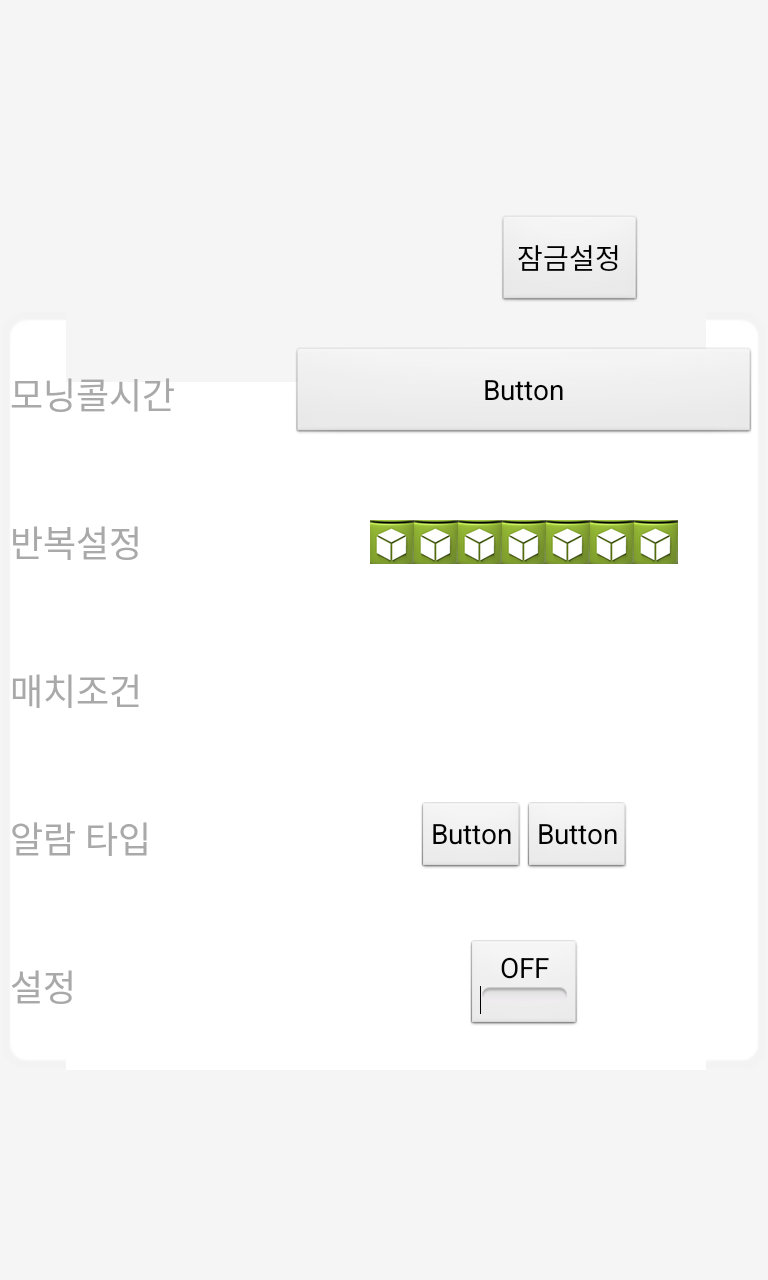
Repository: blacky512/smart_morning_call
Layout: client/SmartMorningCall/res/layout/randomcall_frag.xml
An editor plug-in stored every save of this project. The layout is shown before and after the next save, followed by the edit.
It is drawn on a 768 x 1280 px phone screen (xhdpi) without system bars, with theme android:Theme.NoTitleBar; the app's code is not run.

Above is the layout before, as saved 2013-02-19 11:27:08.

### client/SmartMorningCall/res/layout/randomcall_frag.xml
<RelativeLayout xmlns:android="http://schemas.android.com/apk/res/android"
    xmlns:tools="http://schemas.android.com/tools"
    android:layout_width="match_parent"
    android:layout_height="match_parent"
    android:background="#f5f5f5"
    tools:context=".RandomCallActivity" >

    <LinearLayout
        android:layout_width="wrap_content"
        android:layout_height="wrap_content"
        android:layout_alignParentLeft="true"
        android:layout_alignParentRight="true"
        android:layout_centerVertical="true"
        android:layout_marginTop="26dp"
        android:orientation="vertical" >

        <RelativeLayout
            android:id="@+id/RelativeLayout1"
            android:layout_width="260dp"
            android:layout_height="50dp"
            android:layout_gravity="center_horizontal" >

            <Button
                android:id="@+id/button1"
                android:layout_width="wrap_content"
                android:layout_height="wrap_content"
                android:layout_alignParentBottom="true"
                android:layout_alignParentRight="true"
                android:text="잠금설정" />

        </RelativeLayout>

        <FrameLayout
            android:id="@+id/rcall_1"
            android:layout_width="match_parent"
            android:layout_height="380dp"
            android:layout_gravity="center_horizontal"
            android:background="@drawable/te"
            android:padding="5dp" >

            <LinearLayout
                android:layout_width="match_parent"
                android:layout_height="match_parent"
                android:orientation="vertical" >

                <LinearLayout
                    android:layout_width="match_parent"
                    android:layout_height="0dp"
                    android:layout_weight="1" >

                    <TextView
                        android:id="@+id/textView1"
                        android:layout_width="0dp"
                        android:layout_height="wrap_content"
                        android:layout_gravity="center_vertical"
                        android:layout_weight="0.6"
                        android:text="모닝콜시간"
                        android:textAppearance="?android:attr/textAppearanceMedium"
                        android:textColor="#a9a9a9" />

                    <RelativeLayout
                        android:layout_width="0dp"
                        android:layout_height="wrap_content"
                        android:layout_gravity="center_vertical"
                        android:layout_weight="1" >

                        <Button
                            android:id="@+id/btn_settime"
                            android:layout_width="match_parent"
                            android:layout_height="wrap_content"
                            android:layout_centerHorizontal="true"
                            android:layout_weight="1"
                            android:text="Button" />
                    </RelativeLayout>
                </LinearLayout>

                <LinearLayout
                    android:layout_width="match_parent"
                    android:layout_height="0dp"
                    android:layout_weight="1" >

                    <TextView
                        android:id="@+id/textView2"
                        android:layout_width="0dp"
                        android:layout_height="wrap_content"
                        android:layout_gravity="center_vertical"
                        android:layout_weight="0.6"
                        android:text="반복설정"
                        android:textAppearance="?android:attr/textAppearanceMedium"
                        android:textColor="#a9a9a9" />

                    <RelativeLayout
                        android:id="@+id/RelativeLayout1"
                        android:layout_width="0dp"
                        android:layout_height="match_parent"
                        android:layout_gravity="center_vertical"
                        android:layout_weight="1" >

                        <LinearLayout
                            android:layout_width="wrap_content"
                            android:layout_height="wrap_content"
                            android:layout_centerInParent="true" >

                            <ImageButton
                                android:id="@+id/btn_mon"
                                android:layout_width="22dp"
                                android:layout_height="22dp"
                                android:src="@drawable/ic_launcher" />

                            <ImageButton
                                android:id="@+id/btn_tue"
                                android:layout_width="22dp"
                                android:layout_height="22dp"
                                android:src="@drawable/ic_launcher" />

                            <ImageButton
                                android:id="@+id/btn_wed"
                                android:layout_width="22dp"
                                android:layout_height="22dp"
                                android:src="@drawable/ic_launcher" />

                            <ImageButton
                                android:id="@+id/btn_thu"
                                android:layout_width="22dp"
                                android:layout_height="22dp"
                                android:src="@drawable/ic_launcher" />

                            <ImageButton
                                android:id="@+id/btn_fri"
                                android:layout_width="22dp"
                                android:layout_height="22dp"
                                android:src="@drawable/ic_launcher" />

                            <ImageButton
                                android:id="@+id/btn_sat"
                                android:layout_width="22dp"
                                android:layout_height="22dp"
                                android:src="@drawable/ic_launcher" />

                            <ImageButton
                                android:id="@+id/btn_sun"
                                android:layout_width="22dp"
                                android:layout_height="22dp"
                                android:src="@drawable/ic_launcher" />
                        </LinearLayout>
                    </RelativeLayout>
                </LinearLayout>

                <LinearLayout
                    android:layout_width="match_parent"
                    android:layout_height="0dp"
                    android:layout_weight="1" >

                    <TextView
                        android:id="@+id/textView3"
                        android:layout_width="0dp"
                        android:layout_height="wrap_content"
                        android:layout_gravity="center_vertical"
                        android:layout_weight="0.6"
                        android:text="매치조건"
                        android:textAppearance="?android:attr/textAppearanceMedium"
                        android:textColor="#a9a9a9" />

                    <RelativeLayout
                        android:layout_width="0dp"
                        android:layout_height="match_parent"
                        android:layout_weight="1" >

                        <LinearLayout
                            android:layout_width="match_parent"
                            android:layout_height="match_parent"
                            android:layout_centerHorizontal="true"
                            android:layout_centerVertical="true" >
                        </LinearLayout>
                    </RelativeLayout>
                </LinearLayout>

                <LinearLayout
                    android:layout_width="match_parent"
                    android:layout_height="0dp"
                    android:layout_weight="1" >

                    <TextView
                        android:id="@+id/textView4"
                        android:layout_width="0dp"
                        android:layout_height="wrap_content"
                        android:layout_gravity="center_vertical"
                        android:layout_weight="0.6"
                        android:text="알람 타입"
                        android:textAppearance="?android:attr/textAppearanceMedium"
                        android:textColor="#a9a9a9" />

                    <RelativeLayout
                        android:layout_width="0dp"
                        android:layout_height="match_parent"
                        android:layout_weight="1"
                        android:gravity="center_horizontal" >

                        <LinearLayout
                            android:layout_width="wrap_content"
                            android:layout_height="wrap_content"
                            android:layout_centerInParent="true" >

                            <Button
                                android:id="@+id/button2"
                                style="?android:attr/buttonStyleSmall"
                                android:layout_width="wrap_content"
                                android:layout_height="wrap_content"
                                android:layout_gravity="center_horizontal"
                                android:text="Button" />

                            <Button
                                android:id="@+id/button3"
                                style="?android:attr/buttonStyleSmall"
                                android:layout_width="wrap_content"
                                android:layout_height="wrap_content"
                                android:layout_gravity="center_horizontal"
                                android:text="Button" />
                        </LinearLayout>

                    </RelativeLayout>
                </LinearLayout>

                <LinearLayout
                    android:layout_width="match_parent"
                    android:layout_height="0dp"
                    android:layout_weight="1" >

                    <TextView
                        android:id="@+id/textView5"
                        android:layout_width="0dp"
                        android:layout_height="wrap_content"
                        android:layout_gravity="center_vertical"
                        android:layout_weight="0.6"
                        android:text="설정"
                        android:textAppearance="?android:attr/textAppearanceMedium"
                        android:textColor="#a9a9a9" />

                    <RelativeLayout
                        android:layout_width="0dp"
                        android:layout_height="match_parent"
                        android:layout_weight="1" >

                        <RelativeLayout
                            android:id="@+id/RelativeLayout1"
                            android:layout_width="match_parent"
                            android:layout_height="match_parent"
                            android:layout_centerInParent="true" >

                            <ToggleButton
                                android:id="@+id/onoff"
                                android:layout_width="wrap_content"
                                android:layout_height="wrap_content"
                                android:layout_centerInParent="true"
                                android:text="ToggleButton" />

                        </RelativeLayout>
                    </RelativeLayout>
                </LinearLayout>
            </LinearLayout>
        </FrameLayout>
    </LinearLayout>

</RelativeLayout>

After the next save:
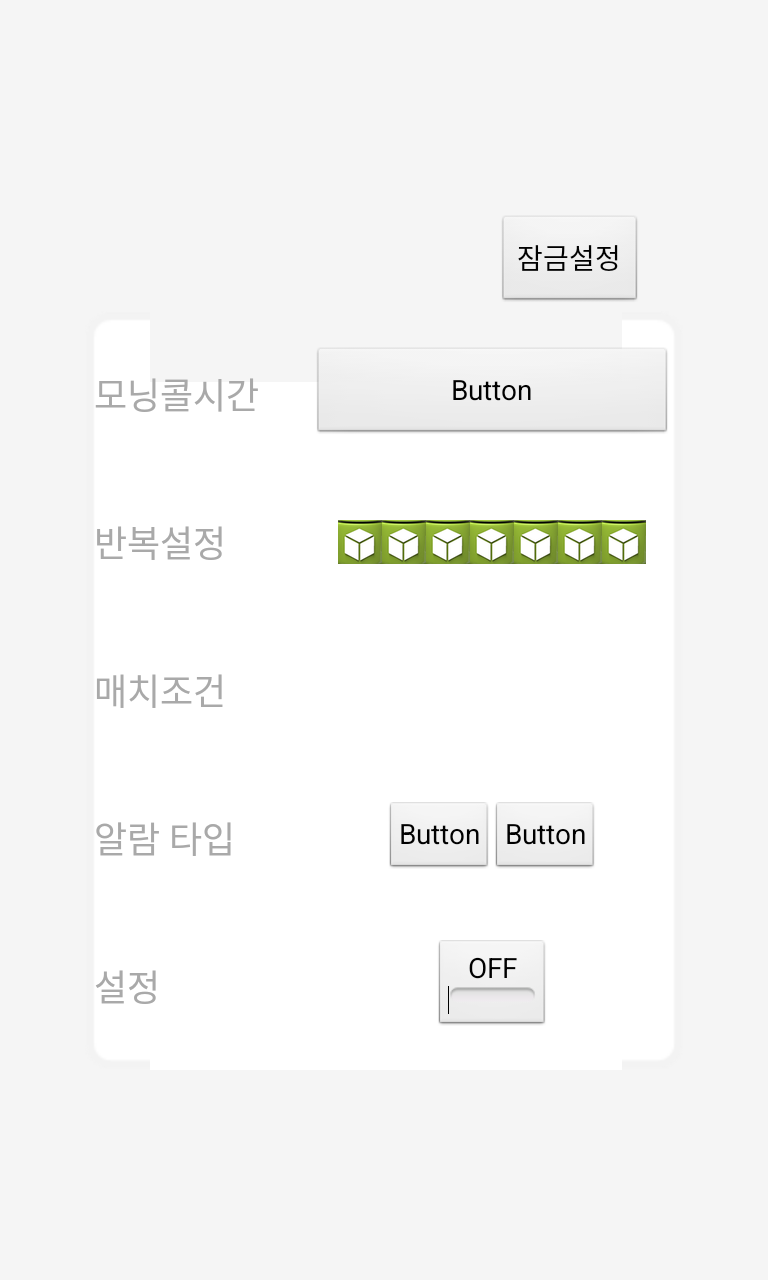
Saved 76 s later.
--- a/client/SmartMorningCall/res/layout/randomcall_frag.xml
+++ b/client/SmartMorningCall/res/layout/randomcall_frag.xml
@@ -32,7 +32,7 @@
 
         <FrameLayout
             android:id="@+id/rcall_1"
-            android:layout_width="match_parent"
+            android:layout_width="300dp"
             android:layout_height="380dp"
             android:layout_gravity="center_horizontal"
             android:background="@drawable/te"
